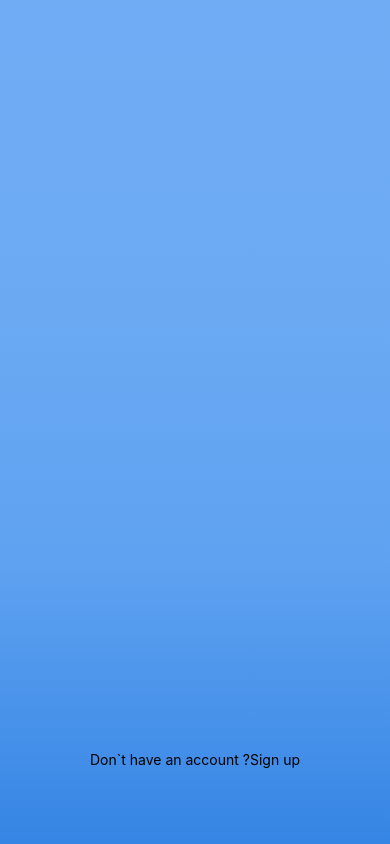
Repository: kamarajcalm/loginpage
Screen: /
These files come from the project's save history. The screen is drawn as it stood at one moment and after the next save; the edit follows.
The app was drawn by React Native's web renderer in a window 390 px wide. The project was rebuilt for these pictures with package versions that can differ from the ones it lists, and the page was loaded fresh each time.

Above is the screen before, as saved 2021-12-25 23:47:43.

### App.js
import { StatusBar } from 'expo-status-bar';
import { StyleSheet, Text, View, TouchableOpacity } from 'react-native';
import { LinearGradient } from 'expo-linear-gradient';

export default function App() {
  return (
    <LinearGradient style={styles.container}
      colors={["#70ACF4", '#6CAAF3', "#5FA2F1", "#3585E4",]}
    >

      <StatusBar style="auto" />

      <View style={styles.content}>

      </View>
      <View style={styles.footer}>
        <View>
          <Text>Don`t have an account ?</Text>
        </View>
        <TouchableOpacity>
          <Text>Sign up</Text>
        </TouchableOpacity>
      </View>
    </LinearGradient>
  );
}

const styles = StyleSheet.create({
  container: {
    flex: 1,

  },

  content: {
    flex: 0.8,
    alignItems: "center",
    justifyContent: "center"
  },
  footer: {
    flex: 0.2,
    flexDirection: "row",
    alignItems: "center",
    justifyContent: "center"
  },
  text: {
    color: "#fff"
  }
});

After the next save:
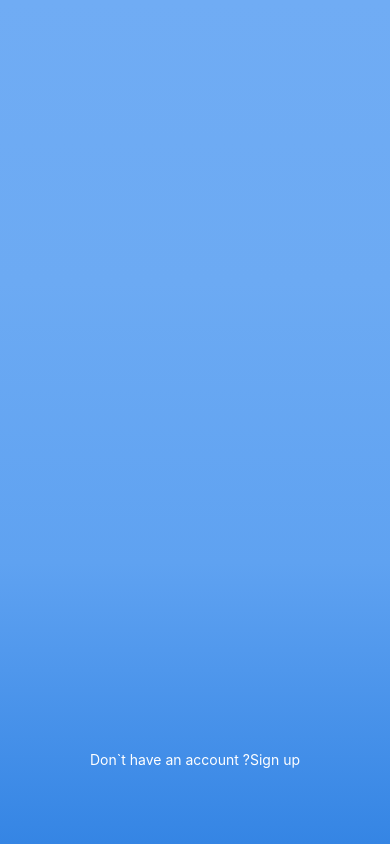
Saved 28 s later.
--- a/App.js
+++ b/App.js
@@ -15,10 +15,10 @@ export default function App() {
       </View>
       <View style={styles.footer}>
         <View>
-          <Text>Don`t have an account ?</Text>
+          <Text style={styles.text}>Don`t have an account ?</Text>
         </View>
         <TouchableOpacity>
-          <Text>Sign up</Text>
+          <Text style={styles.text}>Sign up</Text>
         </TouchableOpacity>
       </View>
     </LinearGradient>
